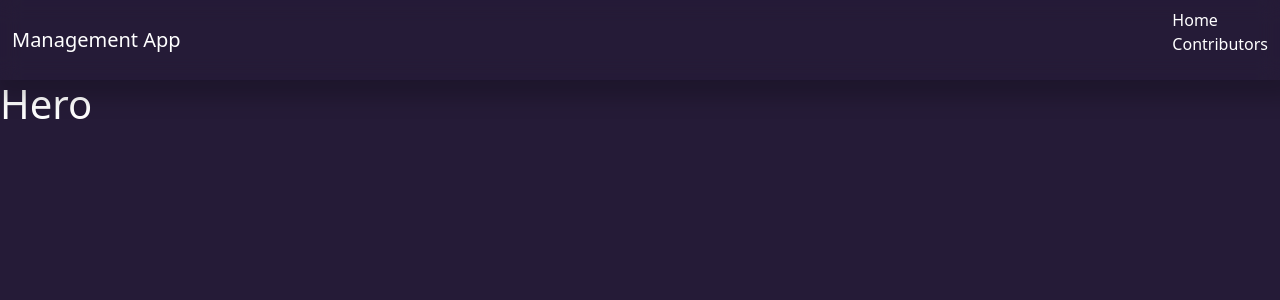
Repository: iamevs/Employee-Management-System
Page: / (app in client/)
An editor plug-in stored every save of this project. The page is shown before and after the next save, followed by the edit.
The browser window is 1280 px wide. The pictures show the whole page.
The project was rebuilt for these pictures with package versions that can differ from the ones it lists, and the page was loaded fresh each time. Also part of the build but not shown: client/vite.config.js, client/src/App.css, client/src/components/Home.jsx, client/src/components/Register.jsx, client/src/components/Edit.jsx. Imported but missing from the stored project, and not drawn on this page: client/src/components/Details.

Above is the page before, as saved 2022-11-28 23:20:31.

After the next save:
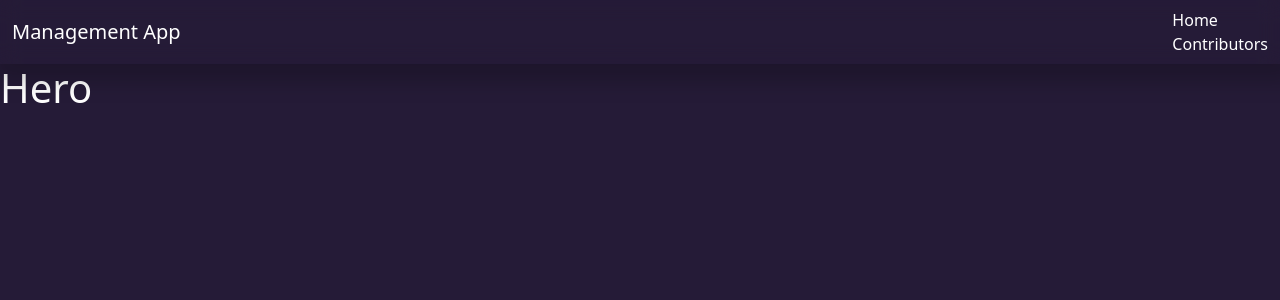
Saved 19 s later.
--- a/client/src/components/Navbar.jsx
+++ b/client/src/components/Navbar.jsx
@@ -26,10 +26,10 @@ const Navbar = () => {
                             <input className="form-control me-2" type="search" placeholder="Search" aria-label="Search" />
                             <button className="btn btn-outline-success" type="submit">Search</button>
                         </form> */}
-                        <ul>
+                        <Box>
                             <a className="nav-link active text-white" aria-current="page" href="/home">Home</a>
                             <a className="nav-link active text-white" aria-current="page" href="/">Contributors</a>
-                        </ul>
+                        </Box>
                     </div>
                 </div>
             </Box>
